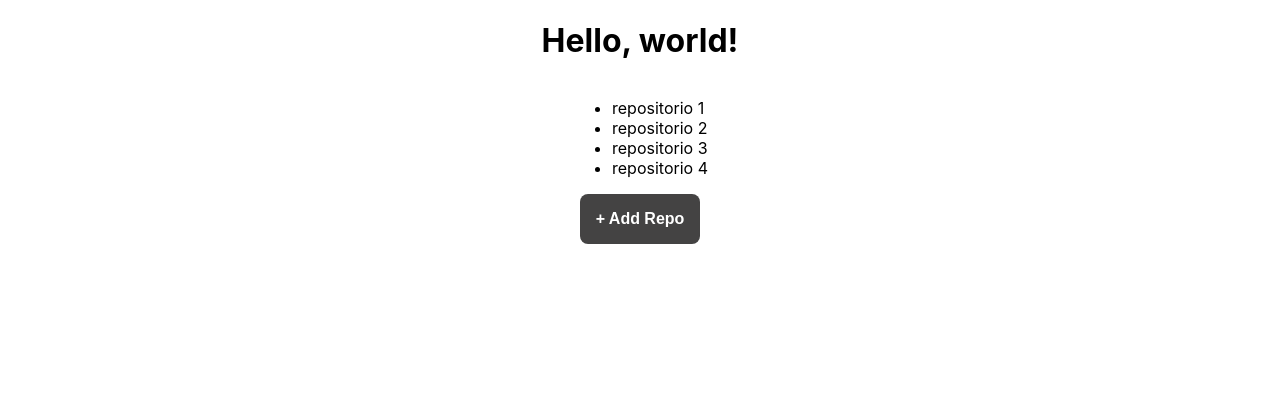
Repository: thiagolucio/react-hooks-use
Page: /
An editor plug-in stored every save of this project. The page is shown before and after the next save, followed by the edit.
The browser window is 1280 px wide. The pictures show the whole page.
The project was rebuilt for these pictures with package versions that can differ from the ones it lists, and the page was loaded fresh each time.

Above is the page before, as saved 2022-03-08 17:01:10.

### src/index.css
body {
  margin: 0;
  padding: 0;
  overflow-x: hidden;
  font-family: -apple-system, BlinkMacSystemFont, 'Segoe UI', 'Roboto', 'Oxygen',
    'Ubuntu', 'Cantarell', 'Fira Sans', 'Droid Sans', 'Helvetica Neue',
    sans-serif;
  -webkit-font-smoothing: antialiased;
  -moz-osx-font-smoothing: grayscale;
}

code {
  font-family: source-code-pro, Menlo, Monaco, Consolas, 'Courier New',
    monospace;
}

.container_column_center {
  display: flex;
  flex-direction: column;
  justify-content: flex-start;
  align-items: center;
}

.container_row_center {
  display: flex;
  flex-direction: row;
  justify-content: flex-start;
}


.font18px {font-size: 18px;}
.font20px {font-size: 20px;}
.font22px {font-size: 22px;}
.font24px {font-size: 24px;}

### src/App.js
import React from "react";
import './App.css';

import UseStateExample from "./Components/UseStateExample";



function App() {
  return (
    <>
      <UseStateExample />
    </>
  );
}

export default App;

### src/Components/UseStateExample.js
import React, { useState } from "react";
import "./UseStateExample.css";

function UseStateExample() {

  const [repositories, setRepositories] = useState([
    { id: 1, name: "repositorio 1" },
    { id: 2, name: "repositorio 2" },
    { id: 3, name: "repositorio 3" },
    { id: 4, name: "repositorio 4" },
  ]);

    function handleAddRepo() {

        let numName  = repositories.length + 1;

        setRepositories([...repositories, { id: Math.random(), name: "repositorio " + numName}]);
    }

  return (
    <div className="container">
      <h1>Hello, world!</h1>
      <ul>
        {repositories.map((repo) => (
          <li key={repo.id}>{repo.name}</li>
        ))}
      </ul>
      <button className="buttonApp" onClick={handleAddRepo}>+ Add Repo</button>
    </div>
  );
}

export default UseStateExample;

### src/Components/UseStateExample.css
.buttonApp {
    font-size: 16px;
    padding: 16px;
    background-color: rgb(68, 67, 67);
    color: #fff;
    font-weight: bold;
    border: none;
    border-radius: 8px;
}

Loaded but not shown: public/index.html (common file); src/index.js (common file); src/reportWebVitals.js (common file); src/App.css (common file)

After the next save:
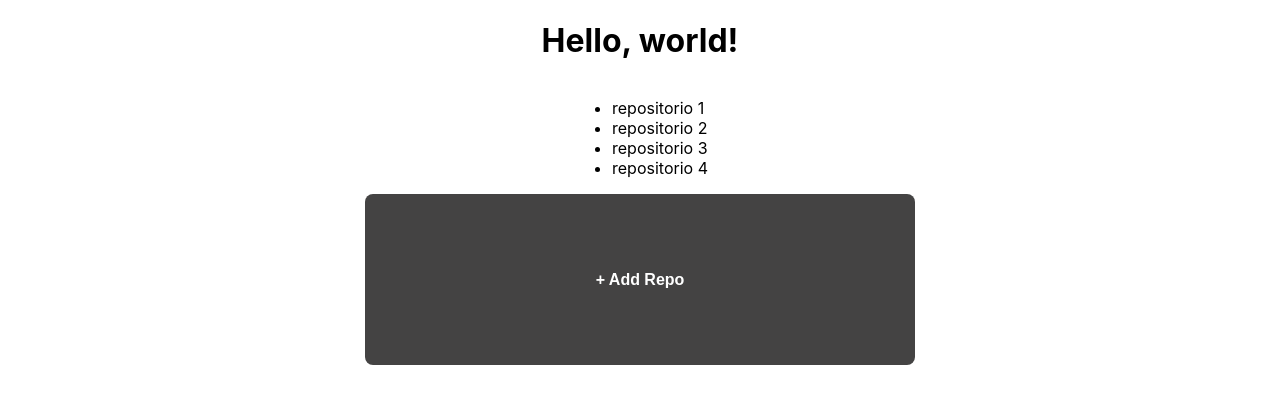
Saved 11 s later.
--- a/src/Components/UseStateExample.css
+++ b/src/Components/UseStateExample.css
@@ -1,6 +1,6 @@
 .buttonApp {
     font-size: 16px;
-    padding: 16px;
+    padding: 6% 18%;
     background-color: rgb(68, 67, 67);
     color: #fff;
     font-weight: bold;
